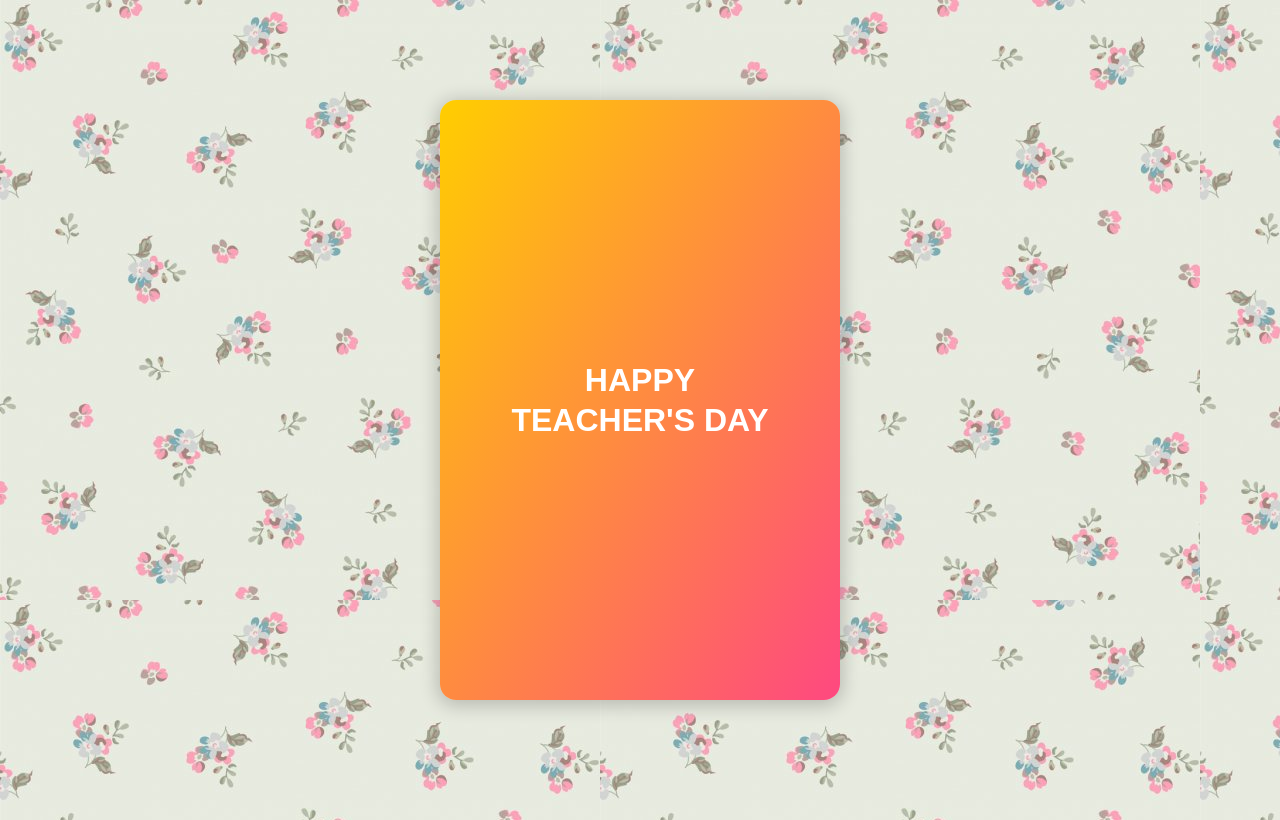
Repository: maixuanhieu/giftcard
Page: index.html
An editor plug-in stored every save of this project. The page is shown before and after a run of saves, followed by the edit.
The browser window is 1280 px wide. The pictures show the whole page.
The style sheet was rebuilt from its Sass, Less or Tailwind sources for each picture, by a compiler version that may differ from the author's.

Above is the page before, as saved 2021-11-17 20:08:51.

### index.html
<!DOCTYPE html>
<html lang="en">

<head>
    <meta charset="UTF-8">
    <meta http-equiv="X-UA-Compatible" content="IE=edge">
    <meta name="viewport" content="width=device-width, initial-scale=1.0">
    <title>CSS Flip Card</title>
    <link rel="stylesheet" href="style.css">
</head>

<body>
   <div class="card">
       <div class="card__inner">
           <div class="card__face card__face--front">
            <h2 style="text-align: center; line-height: 40px;">HAPPY <br> TEACHER'S DAY</h2>
           </div>
           <div class="card__face card__face--back">
            <div class="card__content">
                <div class="card__header">
                    <img src="xi2.jpg" alt="" srcset="" class="fox">
                    <h2></h2>
                </div>

                <div class="card__body">
                    <h3>PHAM NHA UYEN</h3>
                    <p>You will always be the cutest and most beautiful teacher in my eyes. I hope you will always keep a bright smile on your lips and have good health to continue your noble career. </p>
                </div>
            </div>
           </div>
       </div>
   </div>



</body>



<script src="main.js"></script>
</html>

### main.js
const card = document.querySelector('.card__inner');

card.addEventListener('click', function(){
    card.classList.toggle('is-flipped');
});

### style.scss
:root {
    --primary: #FFCE00;
    --secondary: #FE4880;
    --dark: #212121;
    --light: #F3F3F3;
}

*{
    margin: 0;
    padding: 0;
}

body{
    font-family: montserrat, sans-serif;
    width: 100%;
    min-height: 100vh;
    background-image: url(/background.jpg);
}

.card{
    margin: 100px auto 0;
    width: 400px;
    height: 600px;
    perspective: 1000px;

    &__inner{
        width: 100%;
        height: 100%;
        transition: transform 1s;
        transform-style: preserve-3d;
        cursor: pointer;
        position: relative;
    }

    &__inner.is-flipped{
        transform: rotateY(180deg);
    }

    &__face{
        position: absolute;
        width: 100%;
        height: 100%;
        backface-visibility: hidden;
        overflow: hidden;
        border-radius: 16px;
        box-shadow: 0px 3px 18px 3px rgba(0,0,0,0.2);
    }

    &__face--front{
        background-image: linear-gradient(to bottom right, var(--primary), var(--secondary));
        display: flex;
        align-items: center;
        justify-content: center;
    }

    &__face--front h2{
        color: #FFF;
        font-size: 32px;
    }

    &__face--back{
        background-color: var(--light);
        transform: rotateY(180deg);
    }

    &__content{
        width: 100%;
        height: 100%;
    }

    &__header{
        position: relative;
        padding: 30px 30px 40px;
    }

    &__header::after{
        content: '';
        display: block;
        position: absolute;
        top: 0;
        left: 0;
        right: 0;
        bottom: 0;
        z-index: -1;
        border-radius: 0 0 50% 0;
        background-image: linear-gradient(to bottom left, var(--primary) 10%, var(--secondary) 115%);
    }

    &__header h2{
        color: #FFF;
        font-size: 32px;
        font-weight: 900;
        text-transform: uppercase;
        text-align: center;
    }

    &__body{
        padding: 30px;
    }

    &__body h3{
        color: var(--dark);
        font-size: 24px;
        font-weight: 600;
        margin-bottom: 15px;
    }

    &__body p {
        color: var(--dark);
        font-size: 18px;
        line-height: 1.5;
    }
}

.fox{
    display: block;
    width: 187px;
    height: 187px;
    margin: 0 auto 30px;
    border-radius: 50%;
    background-color: #FFF;
    border: 5px solid #FFF;
    object-fit: cover;
}

After the next 5 saves:
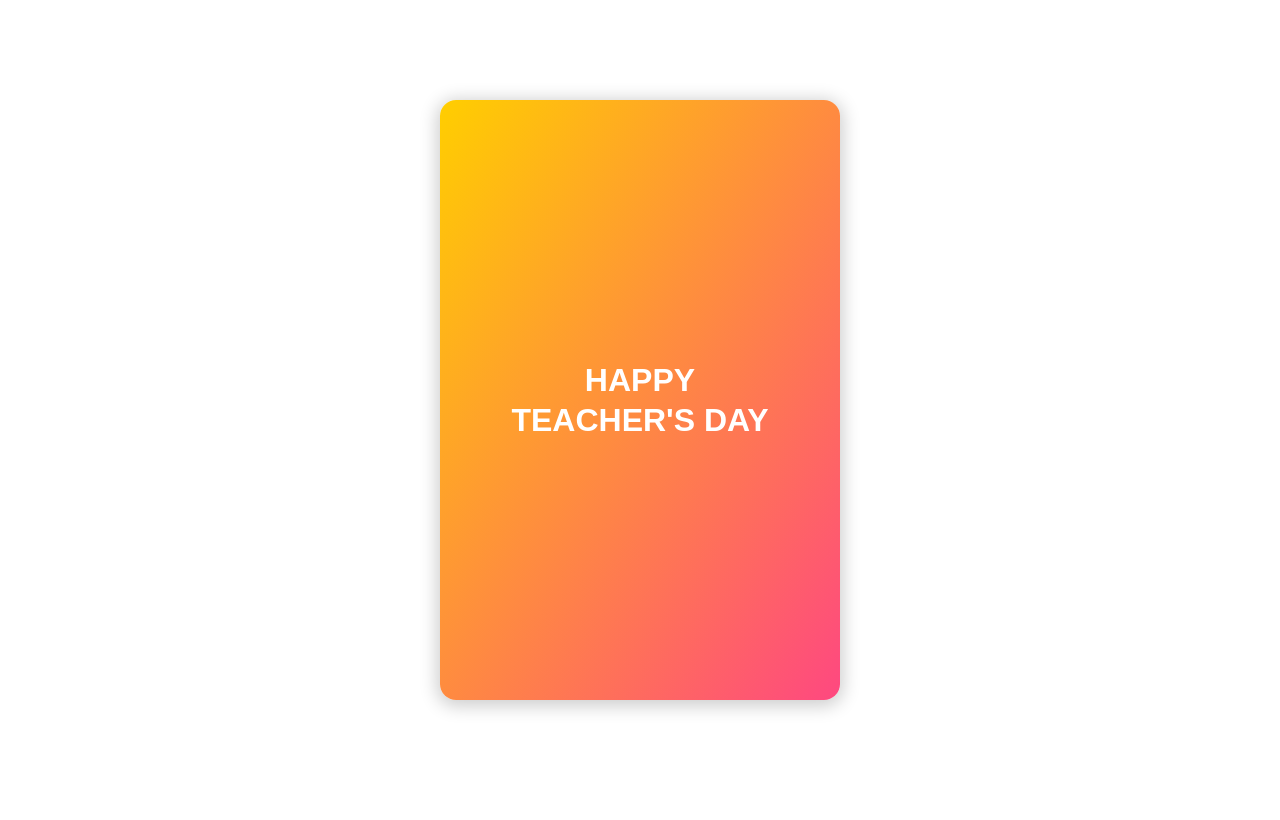
The 5 saves are shown as one change because they came seconds apart.
The last was saved 15 s later.
--- a/style.scss
+++ b/style.scss
@@ -14,7 +14,7 @@
     font-family: montserrat, sans-serif;
     width: 100%;
     min-height: 100vh;
-    background-image: url(/background.jpg);
+    background-image: url("/background.jpg") no-r;
 }
 
 .card{

After the 3 saves that followed:
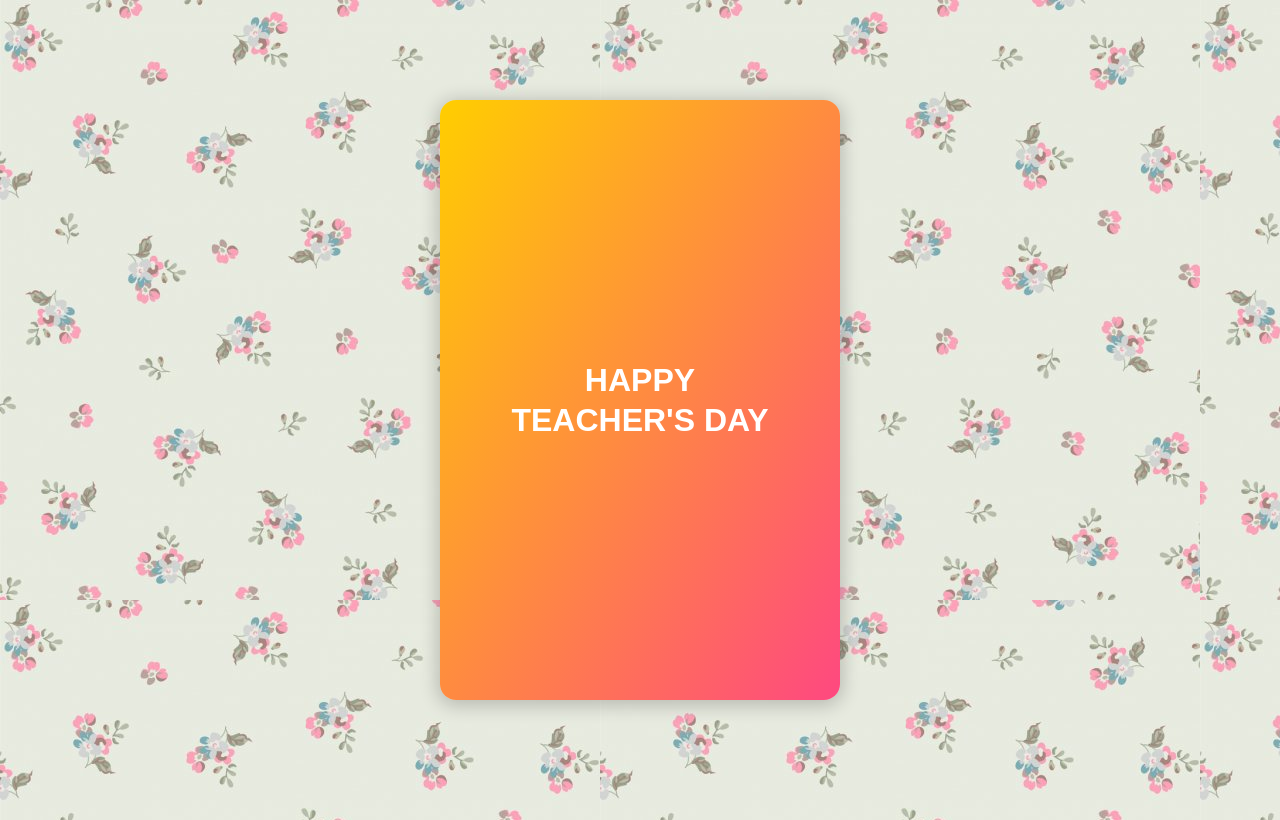
The 3 saves are shown as one change because 1 left the picture as it was and some came seconds apart.
The last was saved 10 s later.
--- a/style.scss
+++ b/style.scss
@@ -14,7 +14,7 @@
     font-family: montserrat, sans-serif;
     width: 100%;
     min-height: 100vh;
-    background-image: url("/background.jpg") no-r;
+    background-image: url("/background.jpg");
 }
 
 .card{
